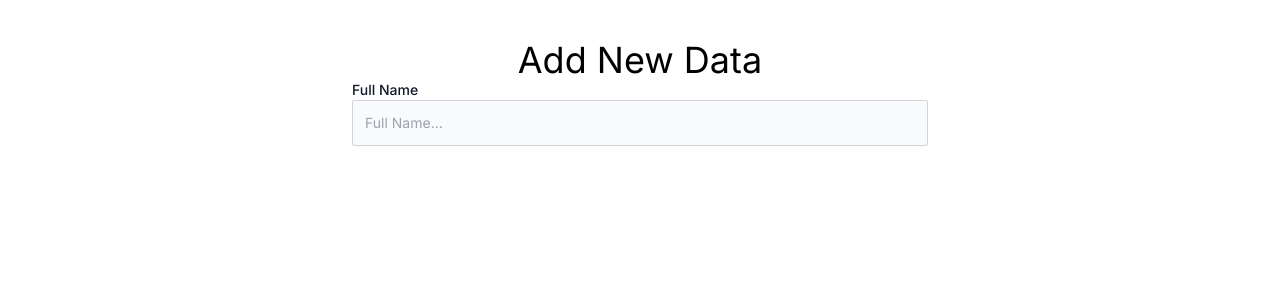
Repository: KilluaProject/crud-nextjs14
Page: /contacts/create
These files come from the project's save history. The page is drawn as it stood at one moment and after a run of saves; the edit follows.
The browser window is 1280 px wide. The pictures show the whole page.
The project was rebuilt for these pictures with package versions that can differ from the ones it lists, and the page was loaded fresh each time. The framework's server and built-in components were replaced by stand-ins that run in the browser. Also part of the build but not shown: next.config.mjs.

Above is the page before, as saved 2024-06-30 14:10:29.

### app/layout.tsx
import type { Metadata } from "next";
import { Inter } from "next/font/google";
import "./globals.css";

const inter = Inter({ subsets: ["latin"] });

export const metadata: Metadata = {
  title: "CRUD Apps",
  description: "Generated by create next app",
};

export default function RootLayout({
  children,
}: Readonly<{
  children: React.ReactNode;
}>) {
  return (
    <html lang="en">
      <body className={inter.className}>{children}</body>
    </html>
  );
}

### app/contacts/create/page.tsx
import CreateForm from '@/components/CreateForm'
import React from 'react'

const CreateContact = () => {
  return (
    <div className='max-w-xl m-auto my-10 '>
      <h1 className='text-4xl text-center'>
        Add New Data
      </h1>
        <CreateForm/>
    </div>
  )
}

export default CreateContact

### components/CreateForm.tsx
import React from 'react'

const CreateForm = () => {
  return (
    <div>
      <form action="">
        <div>
          <label htmlFor="name" className='block text-sm font-medium text-gray-900'>Full Name</label>
          <input type="text" name='name' id='name' placeholder='Full Name...' className='bg-gray-50 border border-gray-300 text-gray-900 text-sm rounded-sm focus:ring-blue-500 focus:border-blue-500 block w-full p-3' />
        </div>
      </form>
    </div>
  )
}

export default CreateForm

Loaded but not shown: app/globals.css (common file); tailwind.config.ts (common file)

After the next 2 saves:
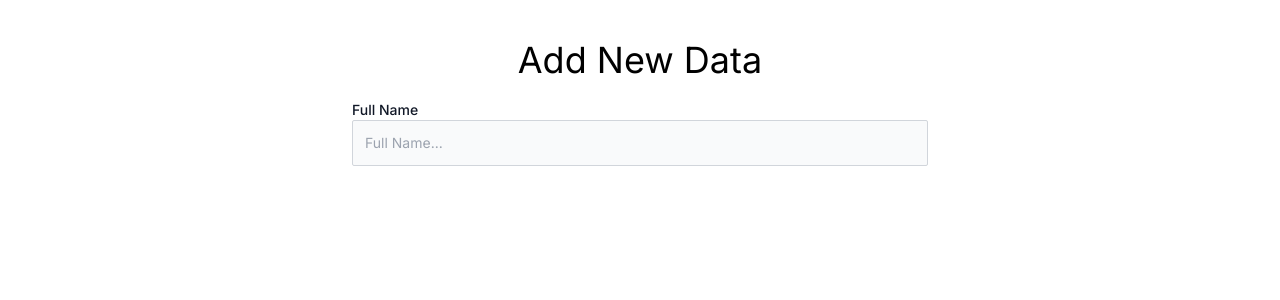
The 2 saves are shown as one change because they came seconds apart.
The last was saved 17 s later.
--- a/app/contacts/create/page.tsx
+++ b/app/contacts/create/page.tsx
@@ -3,7 +3,7 @@ import React from 'react'
 
 const CreateContact = () => {
   return (
-    <div className='max-w-xl m-auto my-10 '>
+    <div className='max-w-xl m-auto my-10 flex flex-col gap-5 '>
       <h1 className='text-4xl text-center'>
         Add New Data
       </h1>
